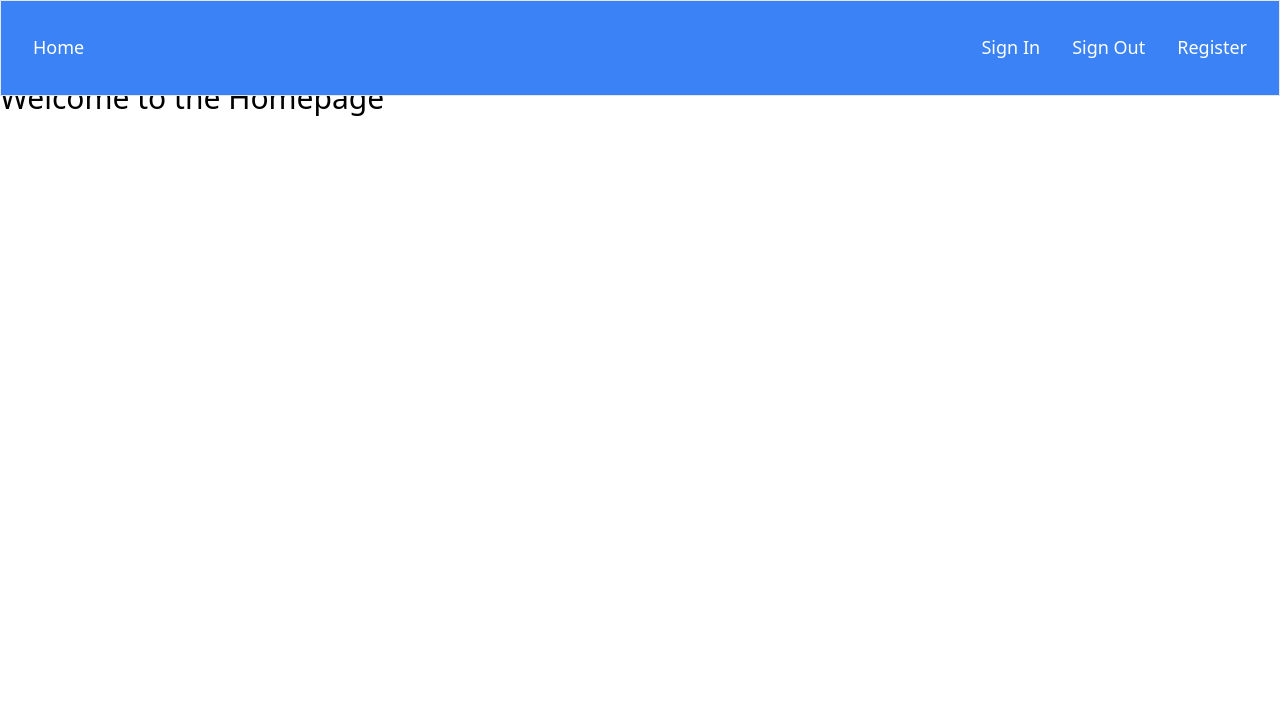
Repository: oderinde300/react-authentication-with-json-server
Page: /
These files come from the project's save history. The page is drawn as it stood at one moment and after the next save; the edit follows.
The browser window is 1280 px wide. The pictures show the whole page.
The project was rebuilt for these pictures with package versions that can differ from the ones it lists, and the page was loaded fresh each time. Also part of the build but not shown: src/components/authentication/Login.jsx, src/pages/LoginPage.jsx.

Above is the page before, as saved 2023-03-22 12:36:30.

### src/App.js
import { Routes, Route } from "react-router-dom";
import HomePage from "./pages/HomePage";
import LoginPage from "./pages/LoginPage";

function App() {
  return (
    <div>
      <header className="fixed w-full">
        <nav className="border py-8 flex justify-between px-8 text-lg text-white bg-blue-500 h-[6rem]">
          <p className="hover:font-bold cursor-pointer">Home</p>
          <ul className="flex  ">
            <li className="mx-4 hover:font-bold cursor-pointer">Sign In</li>
            <li className="mx-4 hover:font-bold cursor-pointer">Sign Out</li>
            <li className="ml-4 hover:font-bold cursor-pointer">Register</li>
          </ul>
        </nav>
      </header>
      <main className="pt-[5rem]">
        <Routes>
          <Route path="/" element={<HomePage />} />
          <Route path="/login" element={<LoginPage />} />
        </Routes>
      </main>
    </div>
  );
}

export default App;

### src/pages/HomePage.jsx
import React from "react";

const HomePage = () => {
  return (
    <div>
      <h1 className="text-3xl">Welcome to the Homepage</h1>
    </div>
  );
};

export default HomePage;

Loaded but not shown: public/index.html (common file); src/index.js (common file); src/index.css (common file); tailwind.config.js (common file)

After the next save:
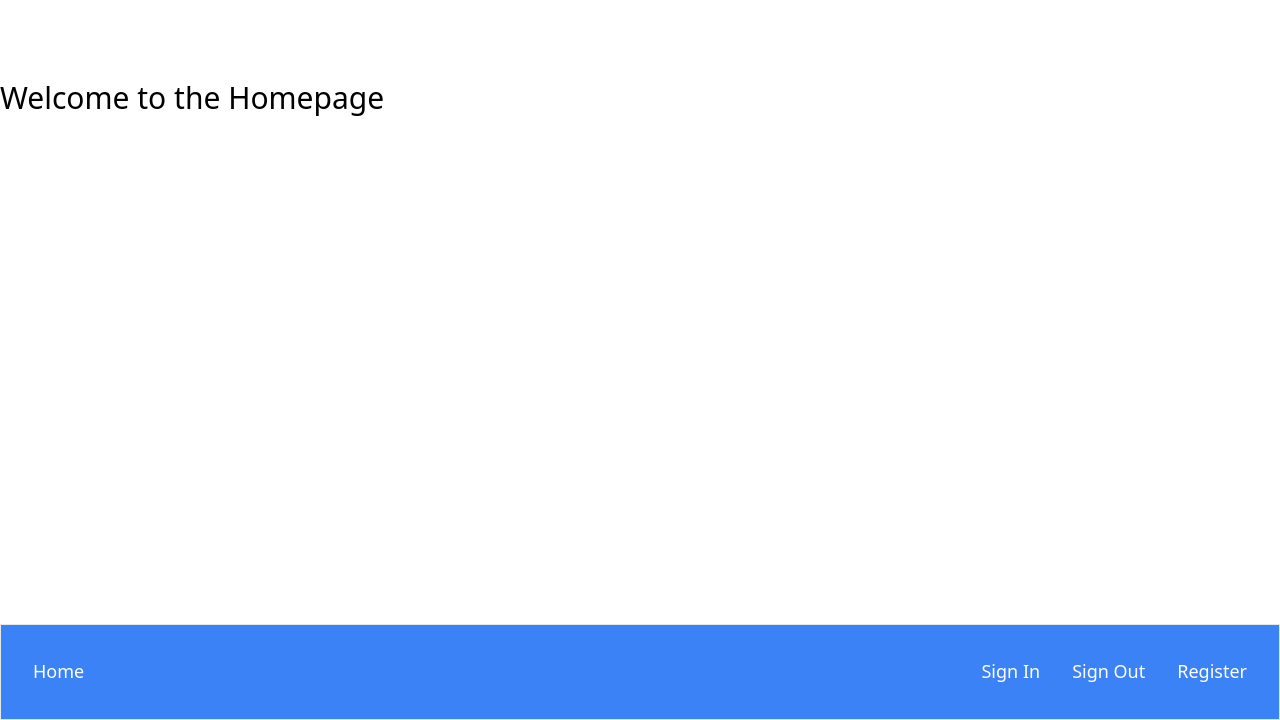
Saved 39 s later.
--- a/src/App.js
+++ b/src/App.js
@@ -5,7 +5,7 @@
 function App() {
   return (
     <div>
-      <header className="fixed w-full">
+      <header className="fixed w-full left-0 bottom-0">
         <nav className="border py-8 flex justify-between px-8 text-lg text-white bg-blue-500 h-[6rem]">
           <p className="hover:font-bold cursor-pointer">Home</p>
           <ul className="flex  ">

After the save that followed:
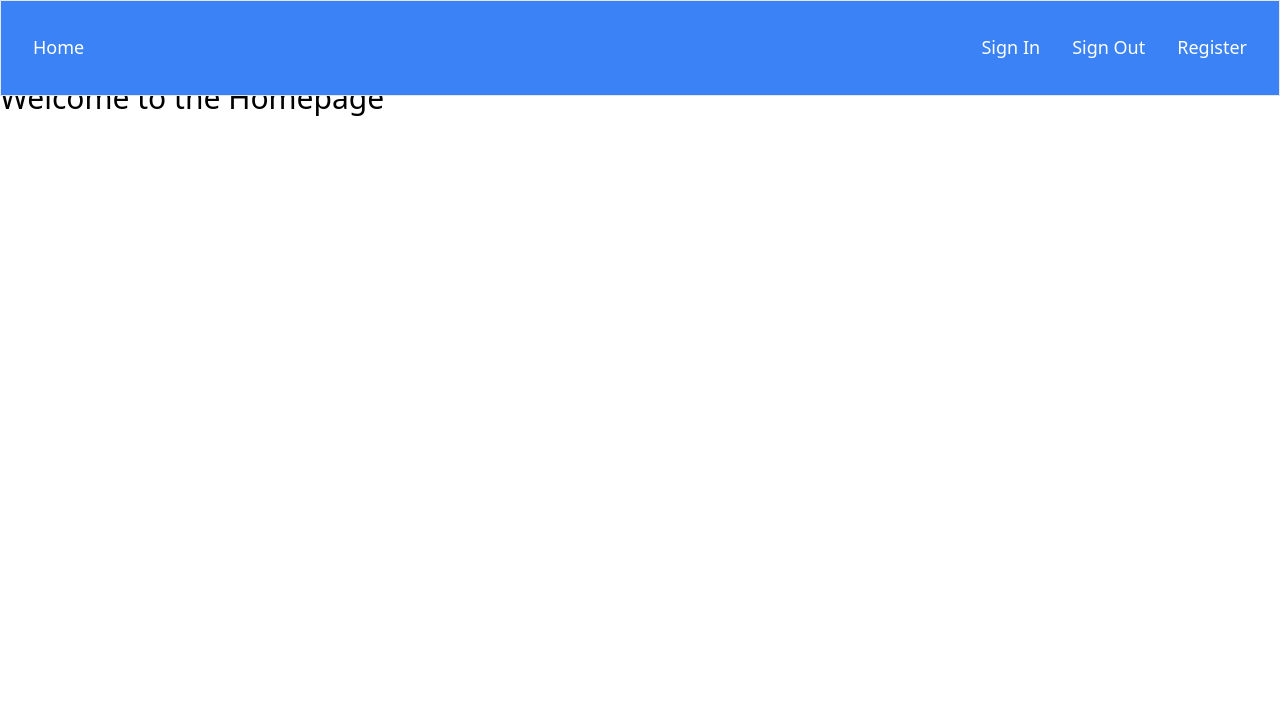
Saved 8 s later.
--- a/src/App.js
+++ b/src/App.js
@@ -5,7 +5,7 @@
 function App() {
   return (
     <div>
-      <header className="fixed w-full left-0 bottom-0">
+      <header className="fixed w-full ">
         <nav className="border py-8 flex justify-between px-8 text-lg text-white bg-blue-500 h-[6rem]">
           <p className="hover:font-bold cursor-pointer">Home</p>
           <ul className="flex  ">
